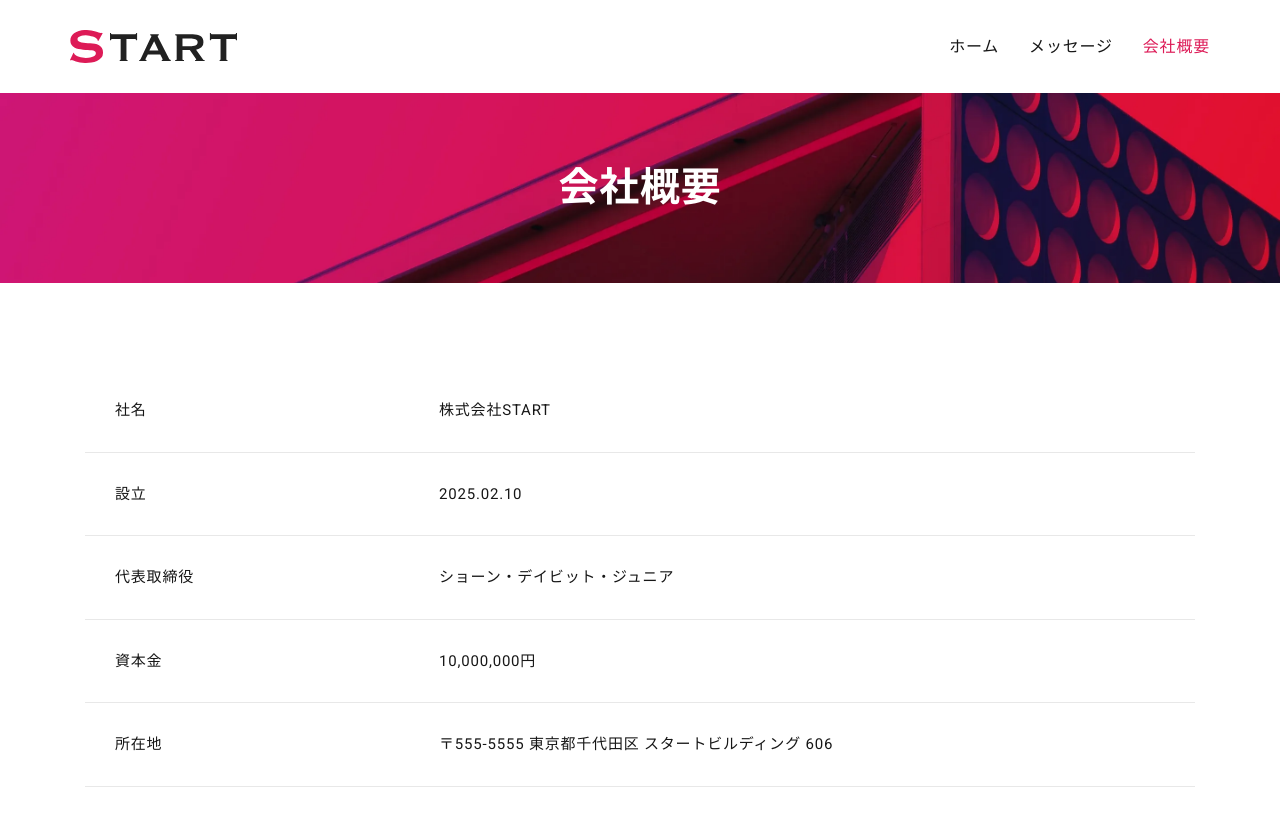
Repository: tetishi/tetishi.github.io
Page: company.html
An editor plug-in stored every save of this project. The page is shown before and after a run of saves, followed by the edit.
The browser window is 1280 px wide. The pictures show the part of the page from y = 0 to 837 px (the page is 1817 px tall).
Pictures or frames that could not be fetched are drawn as grey boxes.

Above is the page before, as saved 2023-07-04 16:14:40.

### company.html
<!DOCTYPE html>
<html lang="en">
<head>
    <meta charset="UTF-8">
    <meta http-equiv="X-UA-Compatible" content="IE=edge">
    <meta name="viewport" content="width=device-width, initial-scale=1.0">
    <title>Company</title>
    <!-- <link rel="stylesheet" type="text/css" href="http://yui.yahooapis.com/3.18.1/build/cssreset/cssreset-min.css"> -->
    <link rel="preconnect" href="https://fonts.googleapis.com">
    <link rel="preconnect" href="https://fonts.gstatic.com" crossorigin>
    <link href="https://fonts.googleapis.com/css2?family=Noto+Sans+JP:wght@500;700&family=Roboto:wght@400;700&display=swap" rel="stylesheet">
    <link rel="icon" href="img/favicon.ico">
    <link rel="stylesheet" href="./css/reset.css">
    <link rel="stylesheet" href="./css/company.css">
</head>
<body>
    <header class="header">
        <div class="header-inner">
            <h2 class="nav-title">
                <a href="./index.html">
                    <img class="pc" src="img/logo.svg" alt="STARTのロゴ">
                    <img class="sp" src="img/sp_logo.svg" alt="STARTのロゴ">
                </a>
            </h2>
            <nav class="header-nav">
                <ul class="header-list">
                    <li class="header-item">
                        <a href="./index.html">ホーム</a>
                    </li>
                    <li class="header-item">
                        <a href="./message.html">メッセージ</a>
                    </li>
                    <li class="header-item">
                        <a href="./company.html" class="text-red">会社概要</a>
                    </li>
                </ul>
            </nav>
            <button class="hamburger-btn">
                <span class="bar bar_top"></span>
                <span class="bar bar_mid"></span>
                <span class="bar bar_bottom"></span>
            </button>
        </div>
    </header>

    <main>
        <!-- fv -->
        <div class="fv">
            <picture>
                <source srcset="./img/fv.webp" type="image/webp">
                <img src="./img/fv.jpg" alt="STARTの赤いイメージ背景">
            </picture>
            <!-- page-title-wrapper -->
            <div class="page-title-wrapper">
                <h1 class="page-title">会社概要</h1>
            </div>
        </div>

        <!-- company -->
        <section id="company" class="section-wrapper company-wrapper">
            <div class="section-inner">
                <div class="company-container">
                    <ul class="company-list">
                        <li class="company-item">
                            <p class="company-item-title">社名</p>
                            <p class="company-item-body">株式会社START</p>
                        </li>
                        <li class="company-item">
                            <p class="company-item-title">設立</p>
                            <time class="company-item-body" datetime="2025.02.10">2025.02.10</time>
                        </li>
                        <li class="company-item">
                            <p class="company-item-title">代表取締役</p>
                            <p class="company-item-body">ショーン・デイビット・ジュニア</p>
                        </li>
                        <li class="company-item">
                            <p class="company-item-title">資本金</p>
                            <p class="company-item-body">10,000,000円</p>
                        </li>
                        <li class="company-item">
                            <p class="company-item-title">所在地</p>
                            <address class="company-item-body">〒555-5555 東京都千代田区 スタートビルディング 606</address>
                        </li>
                    </ul>
                </div>
            </div>
            <!-- /.section-inner -->
        </section>

        <section class="section-wrapper map-wrapper">
            <div class="section-inner">
                <iframe src="https://www.google.com/maps/embed?pb=!1m18!1m12!1m3!1d51849.536086047556!2d139.7213596692974!3d35.686948343546895!2m3!1f0!2f0!3f0!3m2!1i1024!2i768!4f13.1!3m3!1m2!1s0x60188c0c0b13f54d%3A0xb630953beee48188!2sChiyoda%20City%2C%20Tokyo!5e0!3m2!1sen!2sjp!4v1680182950475!5m2!1sen!2sjp" width="100%" height="400" style="border:0;" allowfullscreen="" loading="lazy" referrerpolicy="no-referrer-when-downgrade"></iframe>
                <a href="https://www.google.com/maps/embed?pb=!1m18!1m12!1m3!1d51849.536086047556!2d139.7213596692974!3d35.686948343546895!2m3!1f0!2f0!3f0!3m2!1i1024!2i768!4f13.1!3m3!1m2!1s0x60188c0c0b13f54d%3A0xb630953beee48188!2sChiyoda%20City%2C%20Tokyo!5e0!3m2!1sen!2sjp!4v1680182950475!5m2!1sen!2sjp">Google mapで見る</a>
            </div>
            <!-- /.section-inner -->
        </section>

        <!-- news -->
        <section id="news" class="section-wrapper news-wrapper">
            <div class="section-inner news-inner">
                <div class="news-container">
                <ul class="news-list">
                    <li class="news-item">
                        <time datetime="2023.02.10">2023.02.10</time>
                        <a href="#news">コーポレートサイトをリニューアルしました。</a>
                    </li>
                    <li class="news-item">
                        <time datetime="2023.02.08">2023.02.08</time>
                        <a href="#news">採用を強化中です！一緒に働きませんか？</a>
                    </li>
                    <li class="news-item">
                        <time datetime="2022.02.02">2022.02.02</time>
                        <a href="#news">人材紹介SNS『スタート』をリリースしました。3/31まで新規登録キャンペーンを開催中です！サービス内で使える500ポイントをプレゼント！</a>
                    </li>
                </ul>
                <!-- /.news-list -->
            </div>
            <!-- /.section-inner -->
        </section>
    </main>


    <footer class="footer">
        <div class="section-inner">
            <nav class="footer-nav">
                <ul class="footer-nav-list">
                    <li class="footer-nav-item"><a href="./index.html">ホーム</a></li>
                    <li class="footer-nav-item"><a href="./message.html">メッセージ</a></li>
                    <li class="footer-nav-item"><a href="./company.html">会社概要</a></li>
                </ul>
            </nav>
            <small>&copy;START</small>
        </div>
    </footer>

    <script src="https://ajax.googleapis.com/ajax/libs/jquery/3.6.0/jquery.min.js"></script>
    <script src="js/script.js"></script>
</body>
</html>

### css/reset.css
/*
html5doctor.com Reset Stylesheet
v1.6.1
Last Updated: 2010-09-17
Author: Richard Clark - http://richclarkdesign.com
Twitter: @rich_clark
*/

* {
    box-sizing: border-box;
}

html,
body,
div,
span,
object,
iframe,
h1,
h2,
h3,
h4,
h5,
h6,
p,
blockquote,
pre,
abbr,
address,
cite,
code,
del,
dfn,
em,
img,
ins,
kbd,
q,
samp,
small,
strong,
sub,
sup,
var,
b,
i,
dl,
dt,
dd,
ol,
ul,
li,
fieldset,
form,
label,
legend,
table,
caption,
tbody,
tfoot,
thead,
tr,
th,
td,
article,
aside,
canvas,
details,
figcaption,
figure,
footer,
header,
hgroup,
menu,
nav,
section,
summary,
time,
mark,
ruby,
audio,
video {
    margin: 0;
    padding: 0;
    border: 0;
    outline: 0;
    font-size: 100%;
    vertical-align: baseline;
    background: transparent;
}

body {
    line-height: 1.5;
}

img {
    width: 100%;
    height: auto;
    object-fit: cover;
}

button {
    background-color: transparent;
    border: none;
    cursor: pointer;
    outline: none;
    padding: 0;
    appearance: none;
}

article,
aside,
details,
figcaption,
figure,
footer,
header,
hgroup,
menu,
nav,
section {
    display: block;
}

nav ul {
    list-style: none;
}

li {
    list-style: none;
}

a {
    margin: 0;
    padding: 0;
    font-size: 100%;
    vertical-align: baseline;
    background: transparent;
}

input,
select {
    vertical-align: middle;
}

/*end reset css*/

### css/company.css
/* base */

html {
    font-size: 62.5%;
}
body {
    font-size: 1.6rem;
    letter-spacing: .05em;
    color: #171717;
    font-family: "Roboto", "Noto Sans JP", Arial, "Hiragino Kaku Gothic ProN", "Hiragino Sans", Meiryo, sans-serif;
}
img {
    vertical-align: bottom;
}
.section-inner {
    max-width: 1110px;
    margin: 0 auto;
}
a {
    color: inherit;
    text-decoration: none;
}
.text-red {
    color: #DD1B57;
}
address {
    font-style: normal;
}
.pc {
    display: block;
}
.sp {
    display: none;
}

/* header */
.header {
    padding: 30px 70px;
    width: 100%;
}

.header a {
    text-decoration: none;
}
.header-inner {
    display: flex;
    justify-content: space-between;
    align-items: center;
}
.header-list {
    display: flex;
}
.header-item {
    margin-right: 30px;
}
.header-item:last-of-type {
    margin-right: 0;
}
.hamburger-btn {
    display: none;
}

/* fv */
.fv {
    height: 190px;
    background-size: cover;
    background-position: center;
    position: relative;
}
.fv img {
    height: 190px;
    object-fit: cover;
}
.page-title-wrapper {
    position: absolute;
    left: 50%;
    top: 50%;
    color: #fff;
    transform: translate(-50%,-50%);
}
.page-title {
    font-size: 4rem;
}

/* company */
.company-wrapper {
    margin: 86px 0 50px 0;
}
.company-item {
    display: flex;
    padding: 30px 0;
    border-bottom: 1px solid #E8E8E8;
    font-size: 1.5rem;
    padding-left: 30px;
}
.company-item-title {
    width: 30%;
}

/* map */
.map-wrapper {
    margin-bottom: 78px;
}
.map-wrapper a {
    text-decoration: underline;
    color: #349BF4;
    display: block;
    text-align: right;
}
iframe {
    margin-bottom: 21px;
}

/* news */
.news-wrapper {
    margin-bottom: 100px;
}
.news-inner {
    display: flex;
    column-gap: 90px;
}
.news-item {
    padding: 15px 0 16px 0;
    border-bottom: 1px solid #E8E8E8;
    display: flex;
    font-size: 1.5rem;
}
.news-item a {
    margin-left: 40px;
}


/* footer */
.footer {
    background-color: #DD1B57;
    color: #fff;
    height: 164px;
}
.footer-nav-list {
    display: flex;
    font-size: 1.4rem;
    padding: 61px 0 9px;
}
.footer-nav-item {
    margin-right: 40px;
}
small {
    font-size: 1.2rem;
    margin-bottom: 50px;
}

@media screen and (max-width: 768px) {
    /* base_sp */
    .section-inner {
        padding: 0 20px;
    }
    .section-title {
        font-size: 3rem;
        margin-bottom: 19px;
    }
    .pc {
        display: none;
    }
    .sp {
        display: block;
    }

    /* header_sp */
    .header {
        padding: 0;
        z-index: 1;
        position: relative;
    }
    .header-inner {
        height: 60px;
    }
    .nav-title {
        padding: 0 0 0 20px;
    }
    .header-nav {
        display: none;
        position: fixed;
        top: 0;
        right: 0;
        width: 50%;
        height: 100vh;
        background-color: #DD1B57;
    }
    .header-list {
        height: 100%;
        flex-direction: column;
        padding: 96px 0 0 40px;
    }
    .text-red {
        color: #fff;
        opacity: .5;
    }
    .header-item {
        margin: 0 0 27px;
        color: #fff;
    }
    .header-item:last-of-type {
        margin-bottom: 0;
    }
    .hamburger-btn {
        display: block;
        background-color: #DD1B57;
        padding: 0px 16px;
        width: 60px;
        height: 60px;
    }
    .hamburger-btn .bar {
        display: block;
        width: 26px;
        height: 2px;
        background-color: #fff;
        transition: .3s;
        border-radius: 4px;
    }
    .bar_mid,
    .bar_bottom {
        margin-top: 8px;
    }
    .hamburger-btn.cross .bar_top {
        transform: rotate(45deg) translate(7px, 7px);
        transition: .3s;
    }
    .hamburger-btn.cross .bar_middle {
        opacity: 0;
        transition: .3s;
    }
    .hamburger-btn.cross .bar_bottom {
        transform: rotate(-45deg) translate(7px, -7px);
        transition: .3s;
    }
    body.noscroll {
        overflow: hidden;
    }

    /* fv_sp */
    .fv {
        height: 160px;
    }
    .fv img {
        height: 160px;
    }
    .page-title {
        font-size: 2.8rem;
    }

    /* company_sp */
    .company-wrapper {
        margin: 56px 0 50px 0;
    }
    .company-item {
        padding: 21px 0 19px;
        font-size: 1.4rem;
        padding-left: 0px;
    }
    .company-item:first-child {
        padding: 0 0 19px;
    }
    .company-item-body {
        width: 70%;
    }

    /* map_sp */
    .map-wrapper {
        margin-bottom: 46px;
    }
    iframe {
        margin-bottom: 16px;
    }

    /* news_sp */
    .news-wrapper {
        margin: 46px 0 50px 0;
    }
    .news-inner {
        display: block;
    }
    .news-item {
        padding: 20px 0 16px 0;
        flex-flow: column;
    }
    .news-item a {
        margin-left: 0px;
    }

    /* footer_sp */
    .footer {
        height: 119px;
    }
    .footer-nav-list {
        font-size: 1.2rem;
        padding: 41px 0 9px;
    }
    .footer-nav-item {
        margin-right: 25px;
    }
    small {
        font-size: 1rem;
        margin-bottom: 29px;
    }
}

### js/script.js
//ハンバーガーボタン
$('.hamburger-btn').on('click', function() {
    $('.header-nav').fadeToggle(300);
    $(this).toggleClass('cross');
    $('body').toggleClass('noscroll');
});

After the next 3 saves:
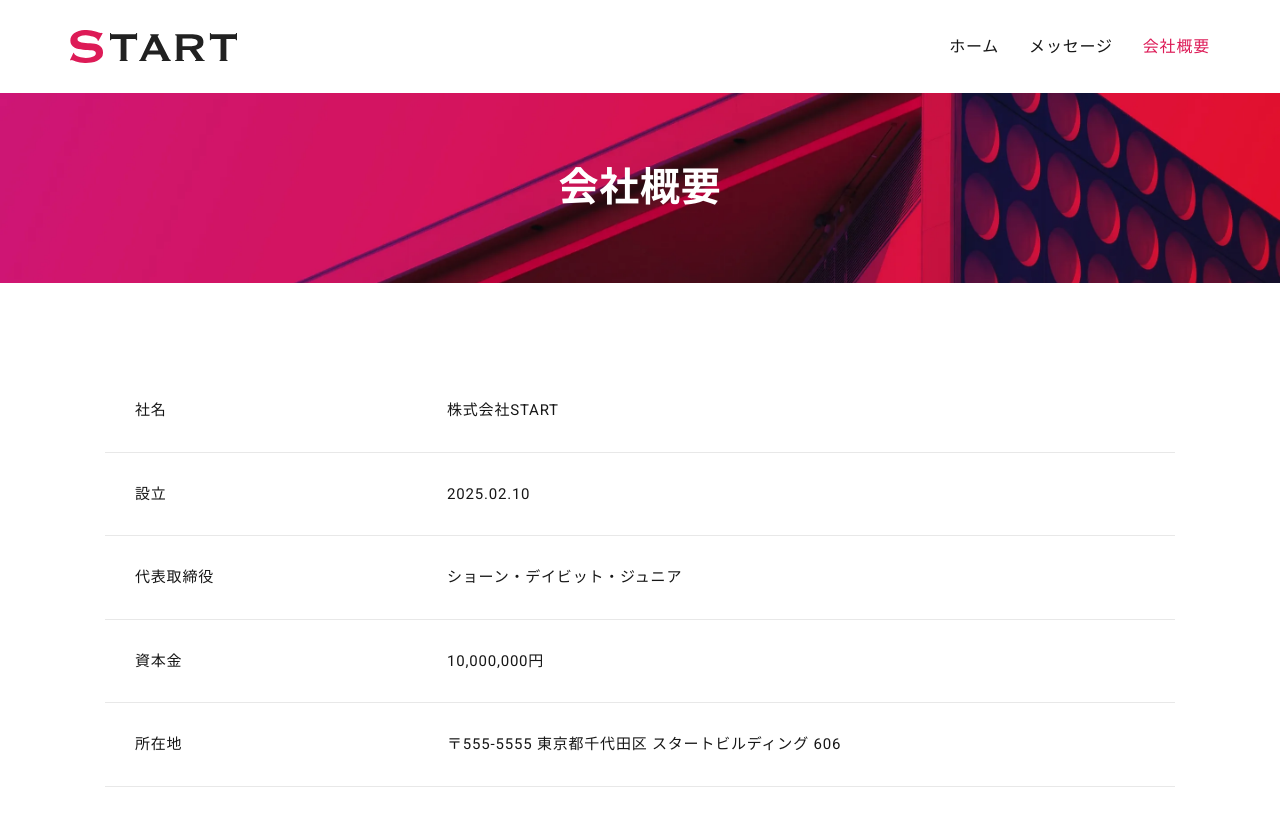
The 3 saves are shown as one change because they came seconds apart.
The last was saved 13 min 38 s later.
--- a/css/company.css
+++ b/css/company.css
@@ -15,6 +15,7 @@ img {
 .section-inner {
     max-width: 1110px;
     margin: 0 auto;
+    padding: 0 20px;
 }
 a {
     color: inherit;
